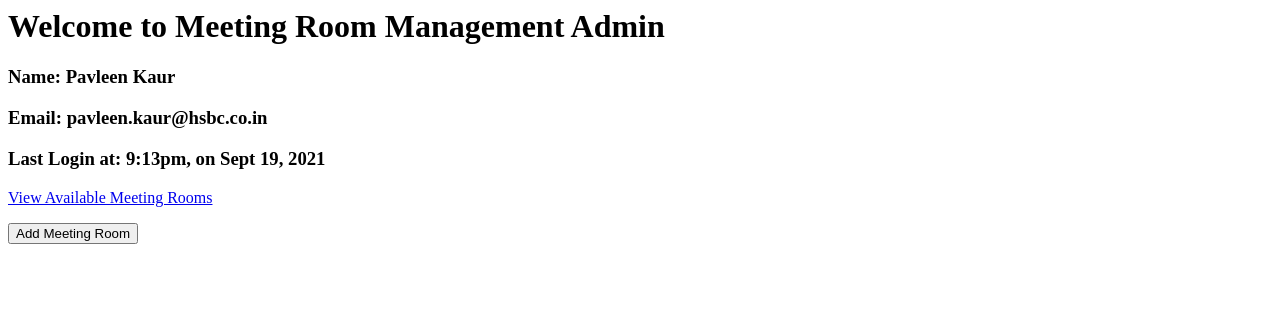
Repository: pavleen14/techyons-code-fury
Page: http://localhost/meetingroommanagement/admin.jsp
These files come from the project's save history. The page is drawn as it stood at one moment and after the next save; the edit follows.
The browser window is 1280 px wide. The pictures show the whole page.
The page is served by Tomcat 9. Other server files are loaded and not shown.

Above is the page before, as saved 2021-09-25 12:01:37.

### application/meetingroommanagement/src/main/webapp/admin.jsp
<%@page import="javax.servlet.descriptor.JspPropertyGroupDescriptor"%>
<html>
<body>
<h1> Welcome to Meeting Room Management Admin</h1>
<h3> Name: Pavleen Kaur</h3>
<h3> Email: pavleen.kaur@hsbc.co.in</h3>
<h3> Last Login at: 9:13pm, on Sept 19, 2021</h3>
<p></p>
   <a href="/meetingroommanagement/meetingroom" >View Available Meeting Rooms</a><p>
    <form>
         <input type="button" onclick="window.location.href = 'http://localhost:8080/meetingroommanagement/admin?option=create'" value="Add Meeting Room"/>
     </form>
</body>
</html>

After the next save:
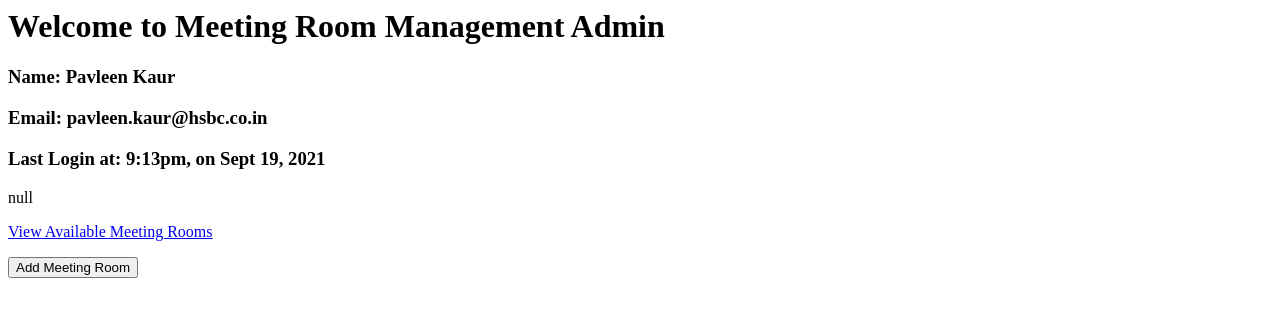
Saved 5 s later.
--- a/application/meetingroommanagement/src/main/webapp/admin.jsp
+++ b/application/meetingroommanagement/src/main/webapp/admin.jsp
@@ -5,7 +5,7 @@
 <h3> Name: Pavleen Kaur</h3>
 <h3> Email: pavleen.kaur@hsbc.co.in</h3>
 <h3> Last Login at: 9:13pm, on Sept 19, 2021</h3>
-<p></p>
+<p> <%= request.getAttribute("message")%></p>
    <a href="/meetingroommanagement/meetingroom" >View Available Meeting Rooms</a><p>
     <form>
          <input type="button" onclick="window.location.href = 'http://localhost:8080/meetingroommanagement/admin?option=create'" value="Add Meeting Room"/>
